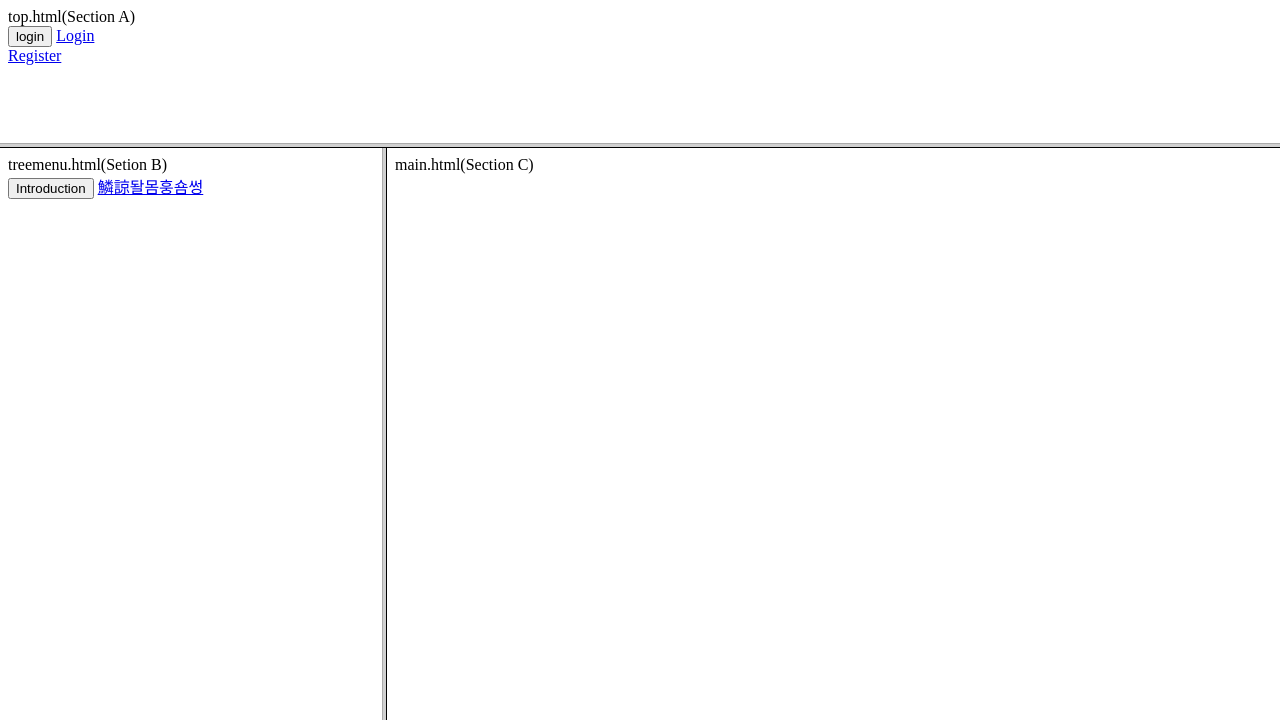
Repository: sheep9590/Test
Page: eclipse-workspace/Prj03/WebRoot/frameset.html
An editor plug-in stored every save of this project. The page is shown before and after the next save, followed by the edit.
The browser window is 1280 px wide. The pictures show the whole page.

Above is the page before, as saved 2021-09-09 13:16:24.

### eclipse-workspace/Prj03/WebRoot/frameset.html
<!DOCTYPE html PUBLIC "-//W3C//DTD HTML 4.01 Transitional//EN" "http://www.w3.org/TR/html4/loose.dtd">
<html>
        <frameset rows="20%,80%" border="5">
           <frame src="top.html" noresize scrolling="no" name="top"></frame>
           <frameset cols="30%,70%" border="5">
               <frame src="left.html" noresize scrolling="no" name="left"></frame>
               <frame src="right.html" noresize scrolling="no" name="right"></frame>
           </frameset>
        </frameset>
</html>

### eclipse-workspace/Prj03/WebRoot/top.html
<!DOCTYPE html>
<html>
<body>
<span >top.html</span>(Section A)<br>
  <script type="text/javascript">
   function locationTest(){
	   window.location.href="Login.html";
   }
   </script>
   <input type="submit" onclick="locationTest()"= value="login">
   <a href="Login.html" target="right">Login</a><br>
   <a href="Register.html" target="right">Register</a>
</body>
</html>

### eclipse-workspace/Prj03/WebRoot/left.html
<!DOCTYPE html>
<html>
<body>
   <span> treemenu.html(Setion B)</span><br>
   <script type="text/javascript">
   function locationTest(){
	   window.location.href="Introduction.html";
   }
   </script>
   <input type="submit" onclick="locationTest()" value="Introduction">
   <a href="Introduction.html" target="right">鱗諒돨몸훙숌썽</a><br>
</body>
</html>

### eclipse-workspace/Prj03/WebRoot/right.html
<!DOCTYPE html>
<html>
<body>
main.html(Section C)
</body>
</html>

After the next save:
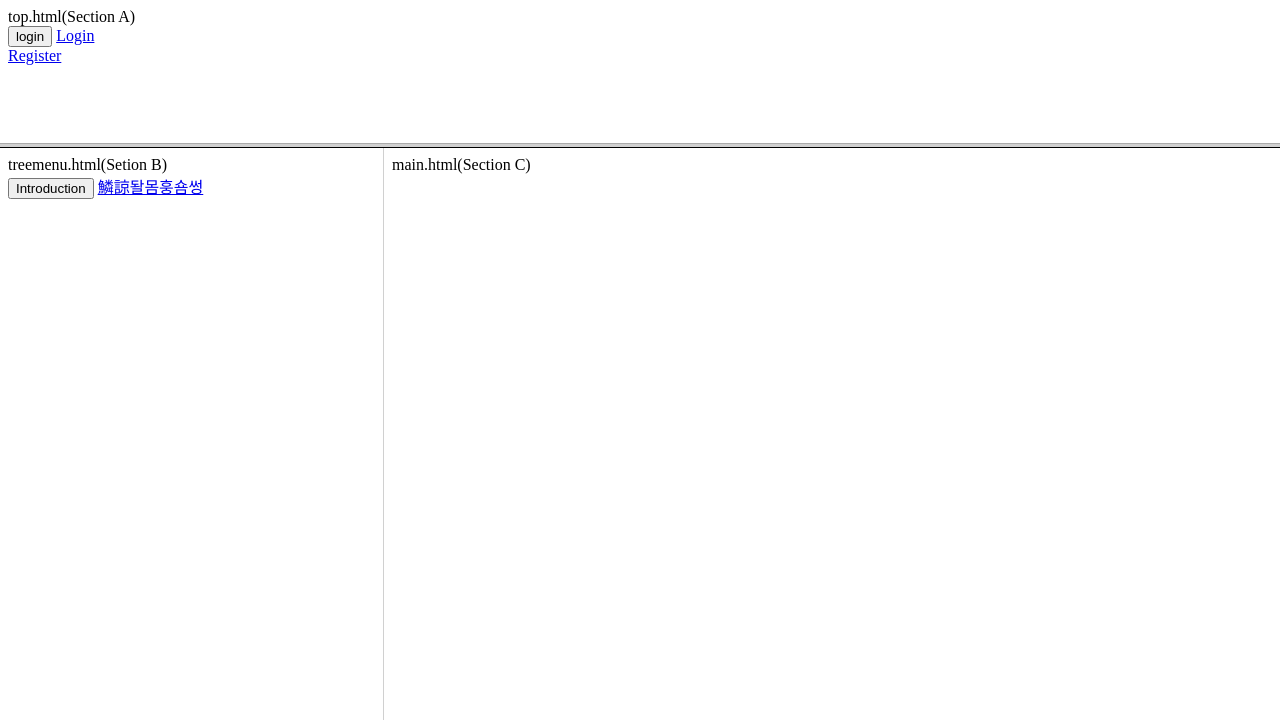
Saved 3 min 22 s later.
--- a/eclipse-workspace/Prj03/WebRoot/frameset.html
+++ b/eclipse-workspace/Prj03/WebRoot/frameset.html
@@ -2,7 +2,7 @@
 <html>
         <frameset rows="20%,80%" border="5">
            <frame src="top.html" noresize scrolling="no" name="top"></frame>
-           <frameset cols="30%,70%" border="5">
+           <frameset cols="30%,70%" border="1">
                <frame src="left.html" noresize scrolling="no" name="left"></frame>
                <frame src="right.html" noresize scrolling="no" name="right"></frame>
            </frameset>

After the save that followed:
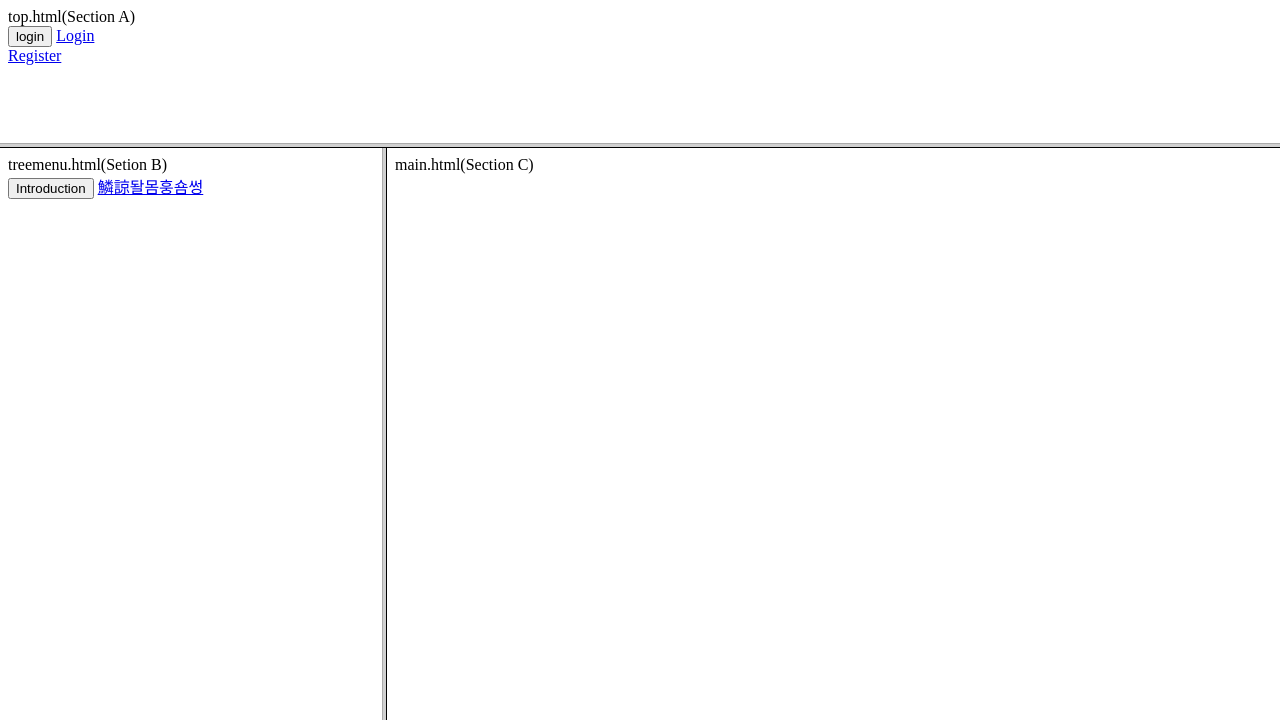
Saved 102 s later.
--- a/eclipse-workspace/Prj03/WebRoot/frameset.html
+++ b/eclipse-workspace/Prj03/WebRoot/frameset.html
@@ -2,7 +2,7 @@
 <html>
         <frameset rows="20%,80%" border="5">
            <frame src="top.html" noresize scrolling="no" name="top"></frame>
-           <frameset cols="30%,70%" border="1">
+           <frameset cols="30%,70%" border="5">
                <frame src="left.html" noresize scrolling="no" name="left"></frame>
                <frame src="right.html" noresize scrolling="no" name="right"></frame>
            </frameset>
